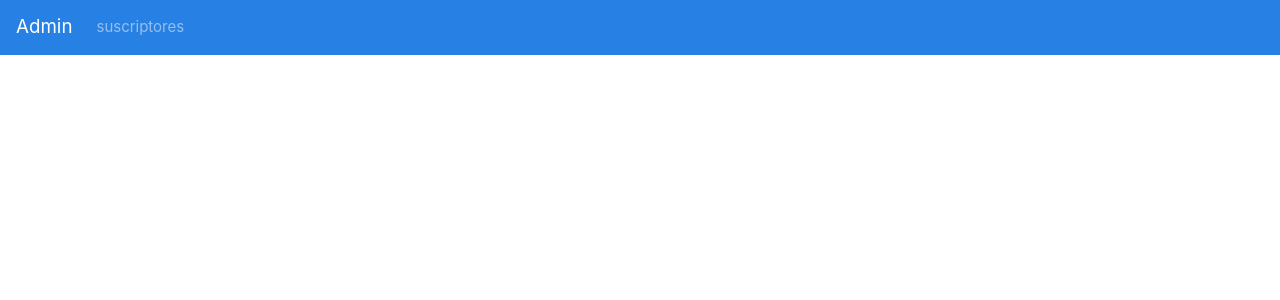
Repository: harrycampaz/library-react
Page: /
The author's editor kept a copy of each file at every save. The page is drawn from the files as they stood at one save, then again after the next save.
The browser window is 1280 px wide. The pictures show the whole page.
Some web libraries are served in a nearby version. The project was rebuilt for these pictures with package versions that can differ from the ones it lists, and the page was loaded fresh each time. Also part of the build but not shown: src/components/suscriptores/Suscriptores.js, src/components/suscriptores/AddSuscriptores.js, src/components/suscriptores/EditSuscriptores.js, src/components/suscriptores/Suscriptor.js.

Above is the page before, as saved 2020-02-02 23:32:30.

After the next save:
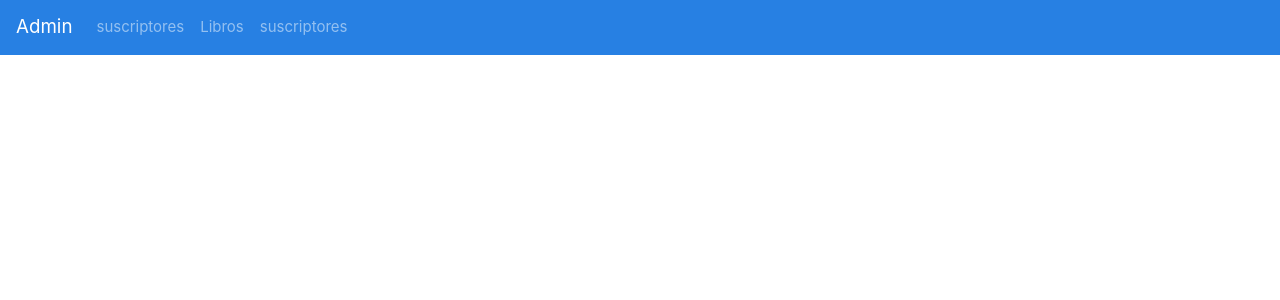
Saved 27 s later.
--- a/src/layout/ui/Navbar.js
+++ b/src/layout/ui/Navbar.js
@@ -14,7 +14,12 @@ function Navbar(props) {
           <ul className="navbar-nav mr-auto">
 
             <li className="nav-item">
-
+              <Link to ={"/suscriptores"}  className="nav-link">suscriptores</Link>
+            </li>
+            <li className="nav-item">
+              <Link to ={"/"}  className="nav-link">Libros</Link>
+            </li>
+            <li className="nav-item">
               <Link to ={"/suscriptores"}  className="nav-link">suscriptores</Link>
             </li>
 
